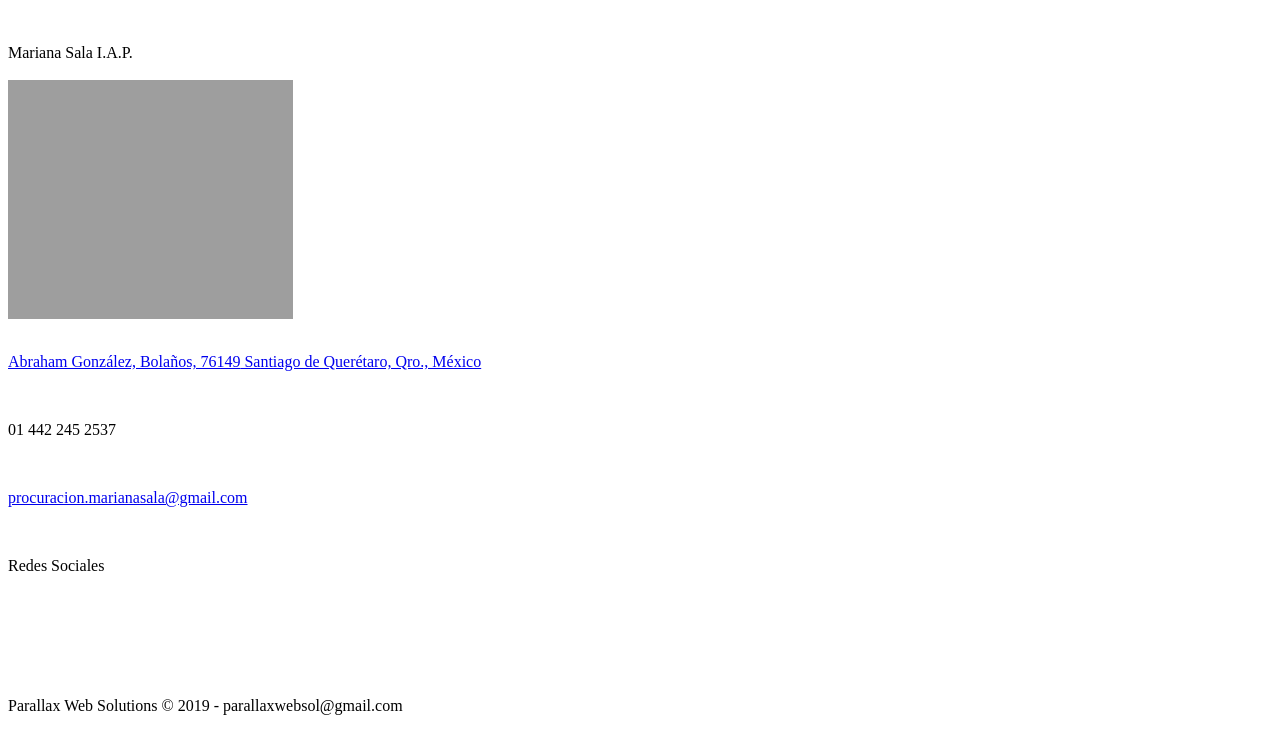
Repository: DanElias/Parallax
Page: Proyecto/Website/sitio/_footer_sitio.html
The author's editor kept a record of every edit. The page is drawn from the files as they stood at one moment, then again after the next edit.
The browser window is 1280 px wide. The pictures show the whole page.
Pictures or frames that could not be fetched are drawn as grey boxes.

Above is the page before.
Console error: TypeError: Cannot set properties of null (setting 'onmouseover')

After the next edit:
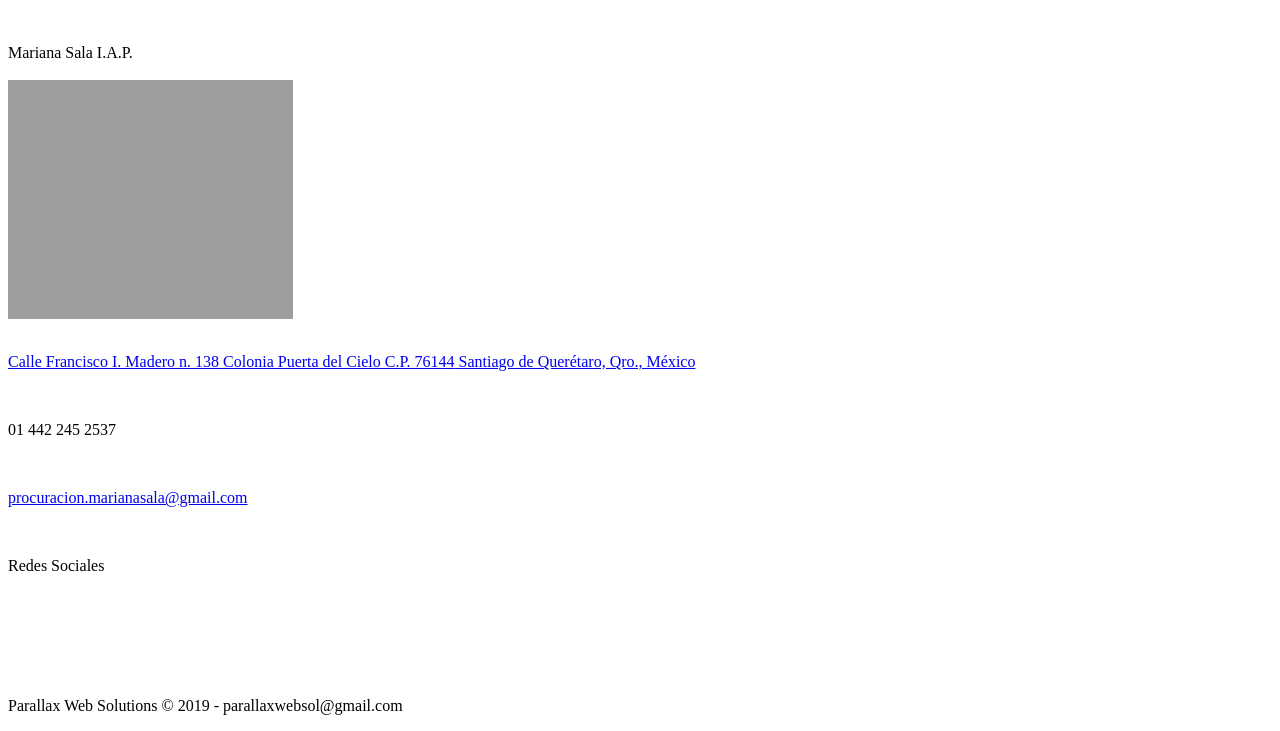
The edit:
--- a/Proyecto/Website/sitio/_footer_sitio.html
+++ b/Proyecto/Website/sitio/_footer_sitio.html
@@ -18,7 +18,9 @@
 					    <i class="fa fa-map-marker hoverable"></i>
 					</a>
 					<a target="_blank" href="https://www.google.com/maps/place/Educational+Center+Mariana+Sala+I.A.P./@20.6182497,-100.3733119,15z/data=!4m2!3m1!1s0x0:0xcba36e8ecbfad194?sa=X&ved=2ahUKEwiCr7vgrdHhAhVJQ6wKHRxbCgAQ_BIwEXoECAoQCA">
-					   <p><span href>Abraham González, Bolaños, 76149</span> Santiago de Querétaro, Qro., México</p>
+					   <p><span href>Calle Francisco I. Madero n. 138</span>
+					   <span href>Colonia Puerta del Cielo C.P. 76144</span>
+					   Santiago de Querétaro, Qro., México</p>
 					</a>
 				</div>
 
